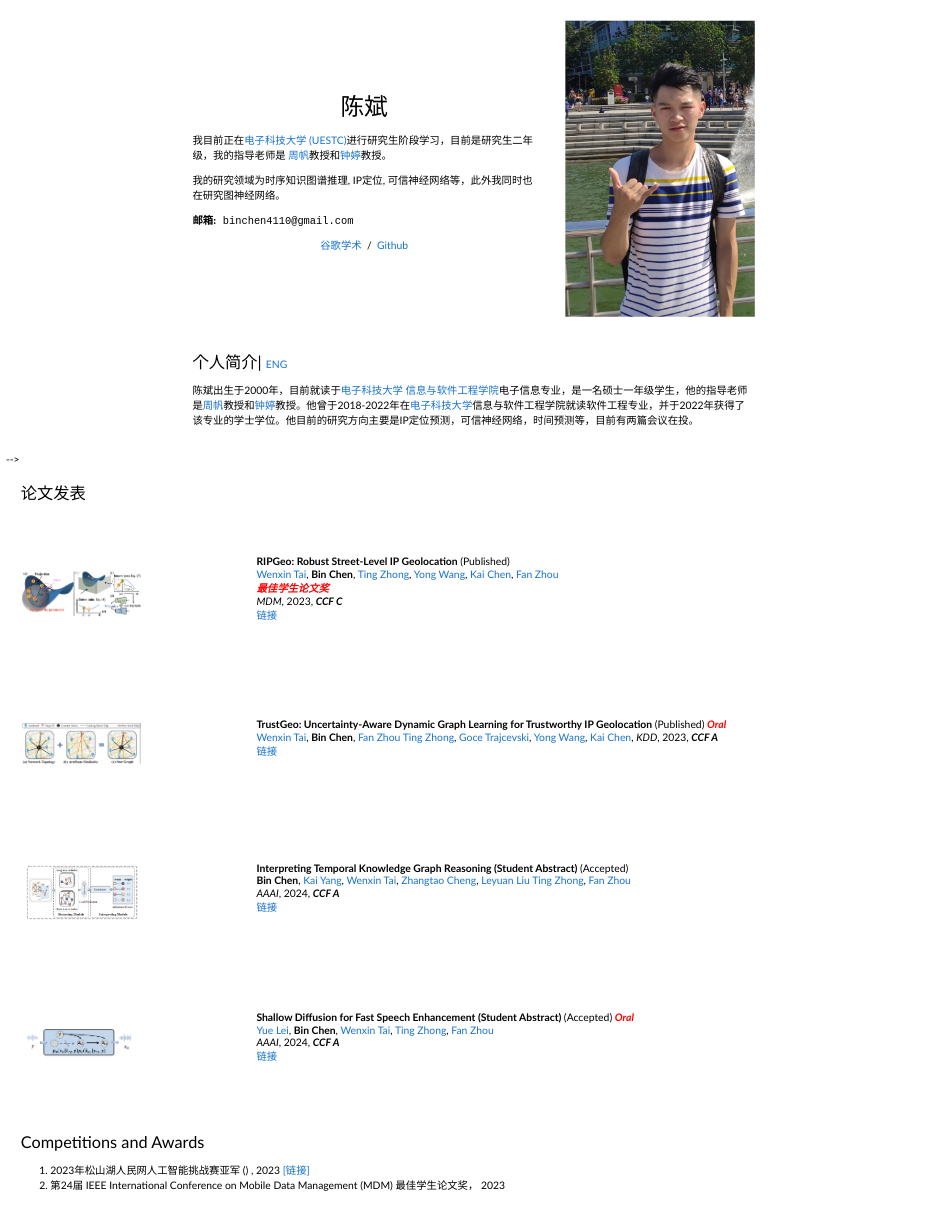
Repository: b1nchen/b1nchen.github.io
Page: index_CHN.html
These files come from the project's save history. The page is drawn as it stood at one moment and after the next save; the edit follows.
The browser window is 1280 px wide. The pictures show the part of the page from y = 0 to 1656 px (the page is 2028 px tall), at 74% of full size.
A picture or video elsewhere on the page could not be fetched, so the positions and the page height are approximate.

Above is the page before, as saved 2023-12-31 10:00:02.

After the next save:
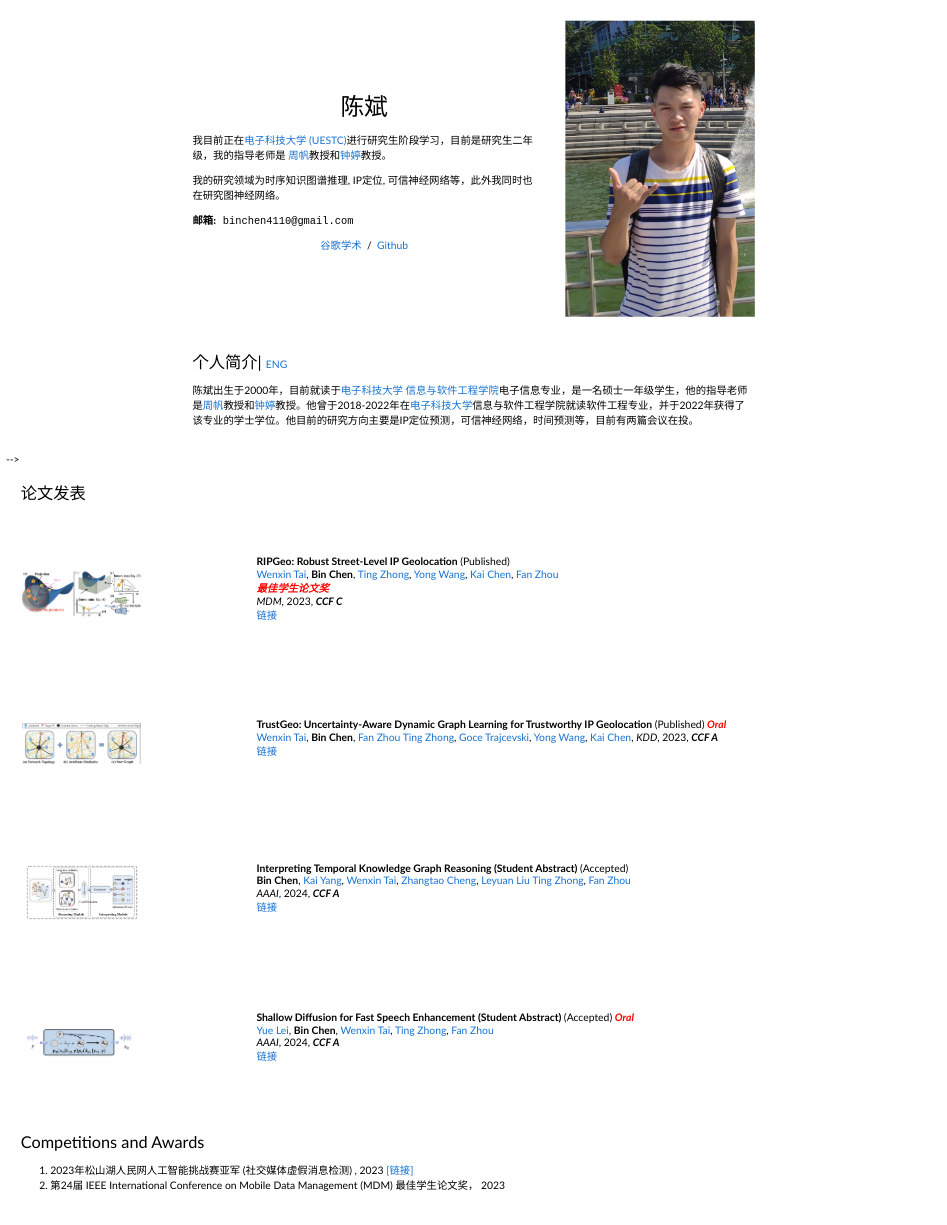
Saved 9 s later.
--- a/index_CHN.html
+++ b/index_CHN.html
@@ -381,7 +381,7 @@
                 <heading>Competitions and Awards</heading>
                 <p>
                   <ol>
-                    <li>2023年松山湖人民网人工智能挑战赛亚军 () , 2023 <a href="http://gd.people.com.cn/n2/2023/1223/c123932-40689513.html">[链接]</a></li>
+                    <li>2023年松山湖人民网人工智能挑战赛亚军 (社交媒体虚假消息检测) , 2023 <a href="http://gd.people.com.cn/n2/2023/1223/c123932-40689513.html">[链接]</a></li>
                     <li>第24届 IEEE International Conference on Mobile Data Management (MDM) 最佳学生论文奖， 2023</li>
 
                   </ol>
